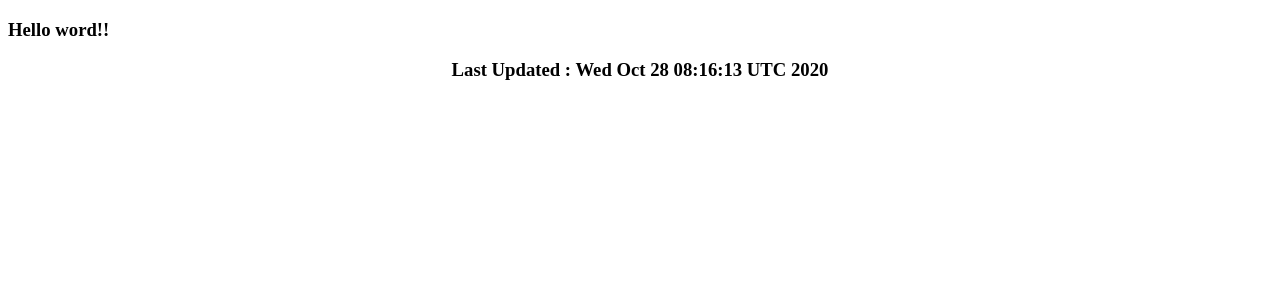
Repository: Gyepike/JSP
Page: http://localhost/TesLusko_ServletJSP/Test.jsp
The author's editor kept a copy of each file at every save. The page is drawn from the files as they stood at one save, then again after the next save.
The browser window is 1280 px wide. The pictures show the whole page.
The page is served by Tomcat 9.

Above is the page before, as saved 2020-11-03 22:41:48.

After the next save:
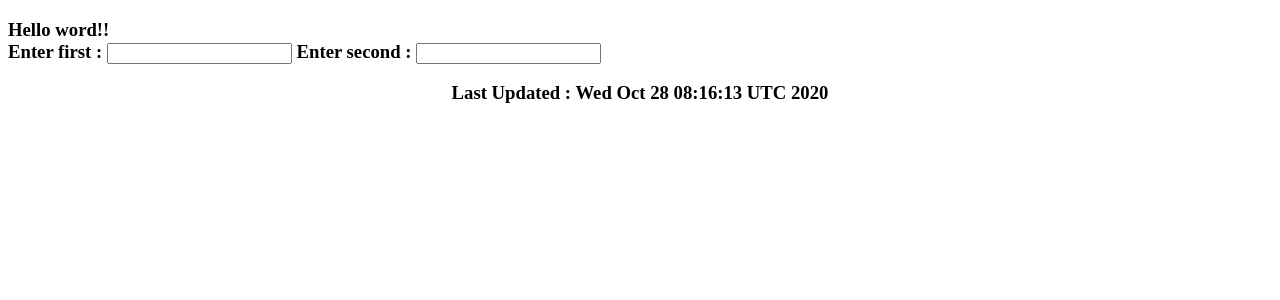
Saved 3 min 0 s later.
--- a/TesLusko_ServletJSP/WebContent/Test.jsp
+++ b/TesLusko_ServletJSP/WebContent/Test.jsp
@@ -8,6 +8,11 @@
 </head>
 <body>
    <% out.println("<h3>Hello word!! <h/3>");  %>
+   <form>
+      Enter first : <input type="text" name="num1">
+      Enter second : <input type="text" name="num2">
+
+   </form>
    <jsp:include page="my-footer.jsp"></jsp:include>
 </body>
 </html>
